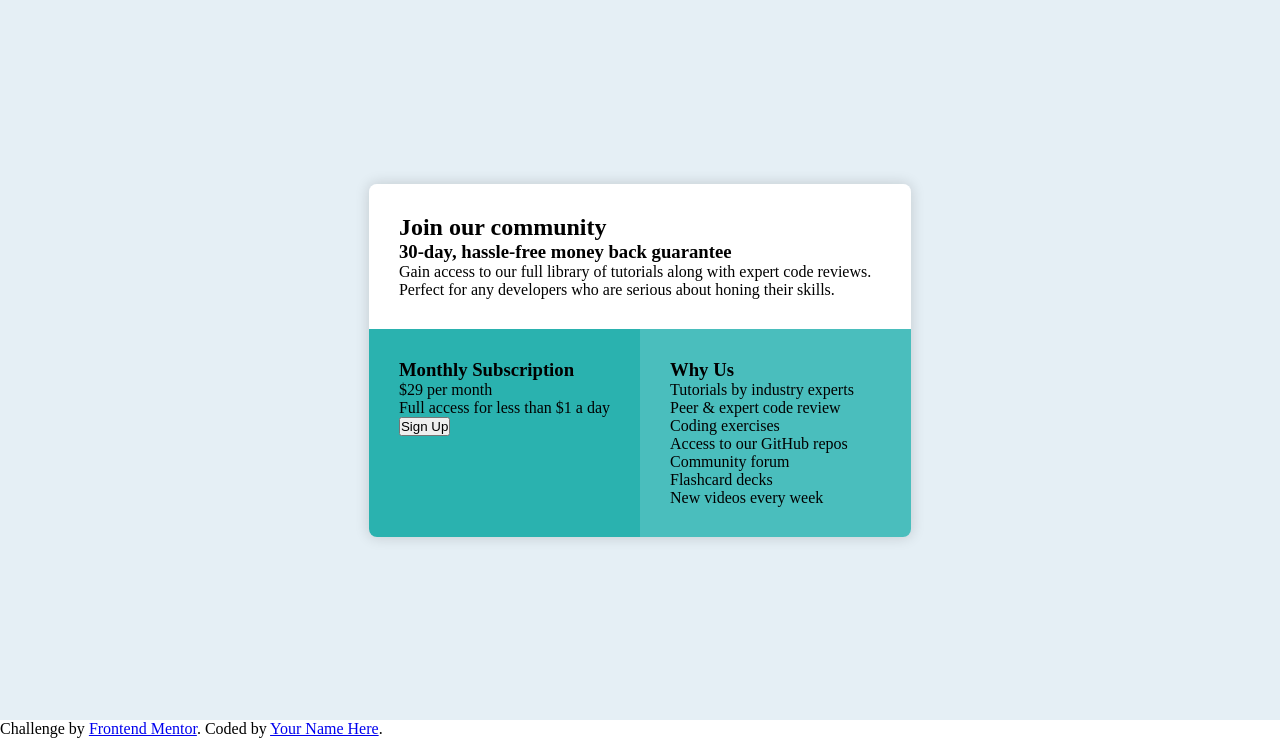
Repository: jminervino/PriceGridComponent
Page: index.html
An editor plug-in stored every save of this project. The page is shown before and after the next save, followed by the edit.
The browser window is 1280 px wide. The pictures show the whole page.

Above is the page before, as saved 2022-02-07 11:17:01.

After the next save:
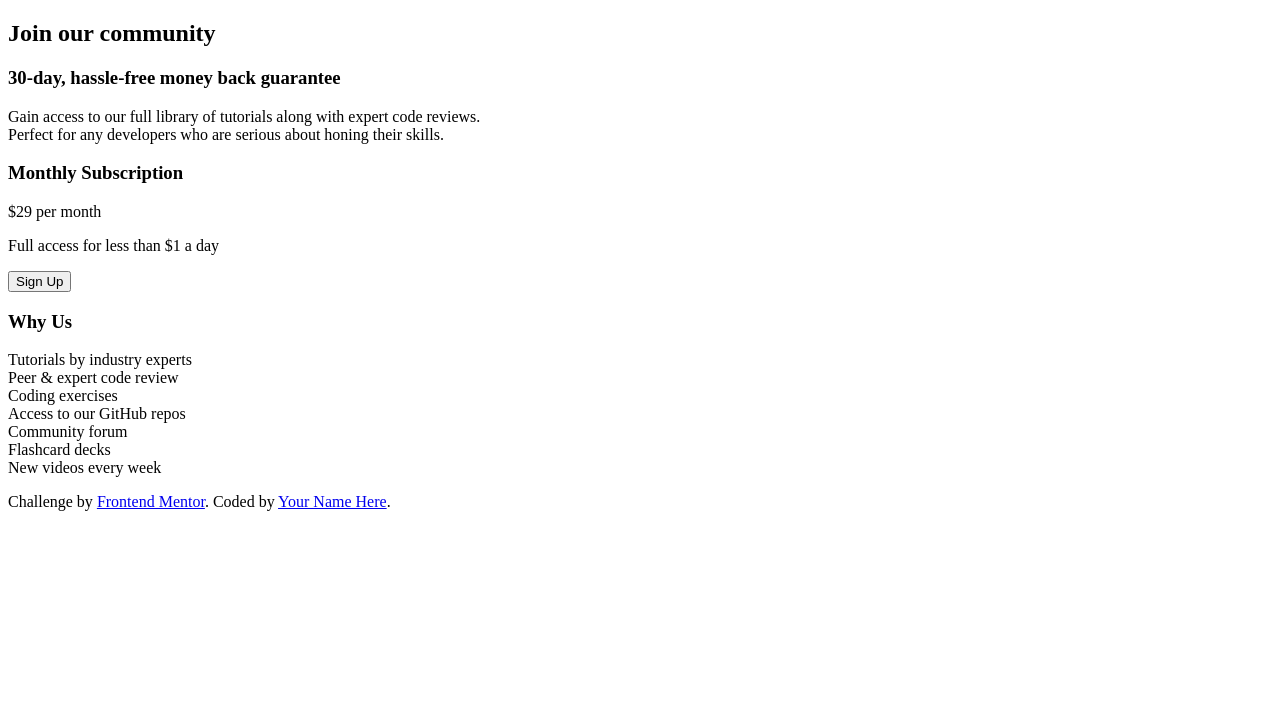
Saved 11 h 40 min later.
--- a/style.css
+++ b/style.css
@@ -1,44 +1 @@
 @import url('https://fonts.googleapis.com/css2?family=Karla:ital,wght@0,200;1,200&family=Open+Sans+Condensed:wght@300&family=Quicksand:wght@300;400;500;600;700&display=swap');
-
-* {
-    margin: 0;
-    padding: 0;
-    box-sizing: border-box;
-}
-
-section {
-    min-height: 100vh;
-    width: 100%;
-    display: flex;
-    align-items: center;
-    justify-content: center;
-    background-color: hsl(204, 43%, 93%);
-    padding: 100px 30px;
-
-}
-
-.container {
-    display: grid;
-    grid-template-columns: 1fr 1fr;
-    max-width: 550px;
-    box-shadow: 0px 0px 14px 1px #00000024;
-    margin: 0 auto;
-    border-radius: 8px;
-    overflow: hidden;
-}
-
-.box-one  {
-    grid-column: 1/4;
-    background-color: #ffffff;
-    padding: 30px;
-}
-
-.box-two {
-    background-color: hsl(179, 62%, 43%);
-    padding: 30px;
-}
-
-.box-three {
-    background-color: #4abebd;
-    padding: 30px;
-}
